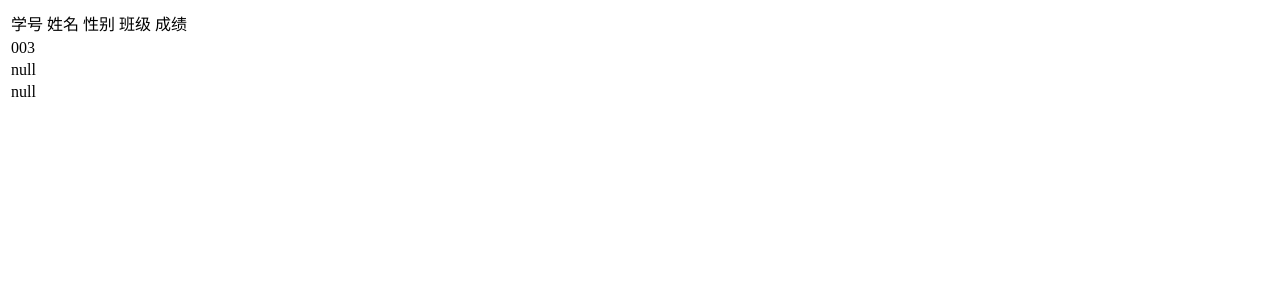
Repository: Fuhai-Chen/javaweb
Page: http://localhost/Clock/index2.jsp
The author's editor kept a copy of each file at every save. The page is drawn from the files as they stood at one save, then again after the next save.
The browser window is 1280 px wide. The pictures show the whole page.
The page is served by Tomcat 9.

Above is the page before, as saved 2020-09-16 12:50:33.

After the next save:
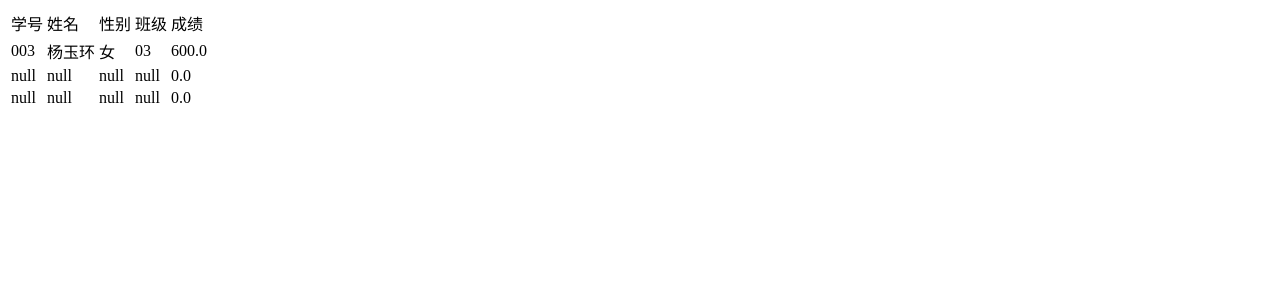
Saved 97 s later.
--- a/Clock/WebRoot/index2.jsp
+++ b/Clock/WebRoot/index2.jsp
@@ -134,24 +134,19 @@ String basePath = request.getScheme()+"://"+request.getServerName()+":"+request.
     		out.println("<td>");
     		out.println(stx.id);
     		out.println("</td>");
-    		out.println();
-    		out.println();
-    		out.println();
-    		out.println();
-    		out.println();
-    		out.println();
-    		out.println();
-    		out.println();
-    		out.println();
-    		out.println();
-    		out.println();
-    		out.println();
-    		out.println();
-    		out.println();
-    		out.println();
-    		out.println();
-    		out.println();
-    		out.println();
+    		out.println("<td>");
+    		out.println(stx.name);
+    		out.println("</td>");
+    		out.println("<td>");
+    		out.println(stx.sex);
+    		out.println("</td>");
+    		out.println("<td>");
+    		out.println(stx.Class);
+    		out.println("</td>");
+    		out.println("<td>");
+    		out.println(stx.grade);
+    		out.println("</td>");
+    		out.println("</tr>");
     	}
      %>
 
